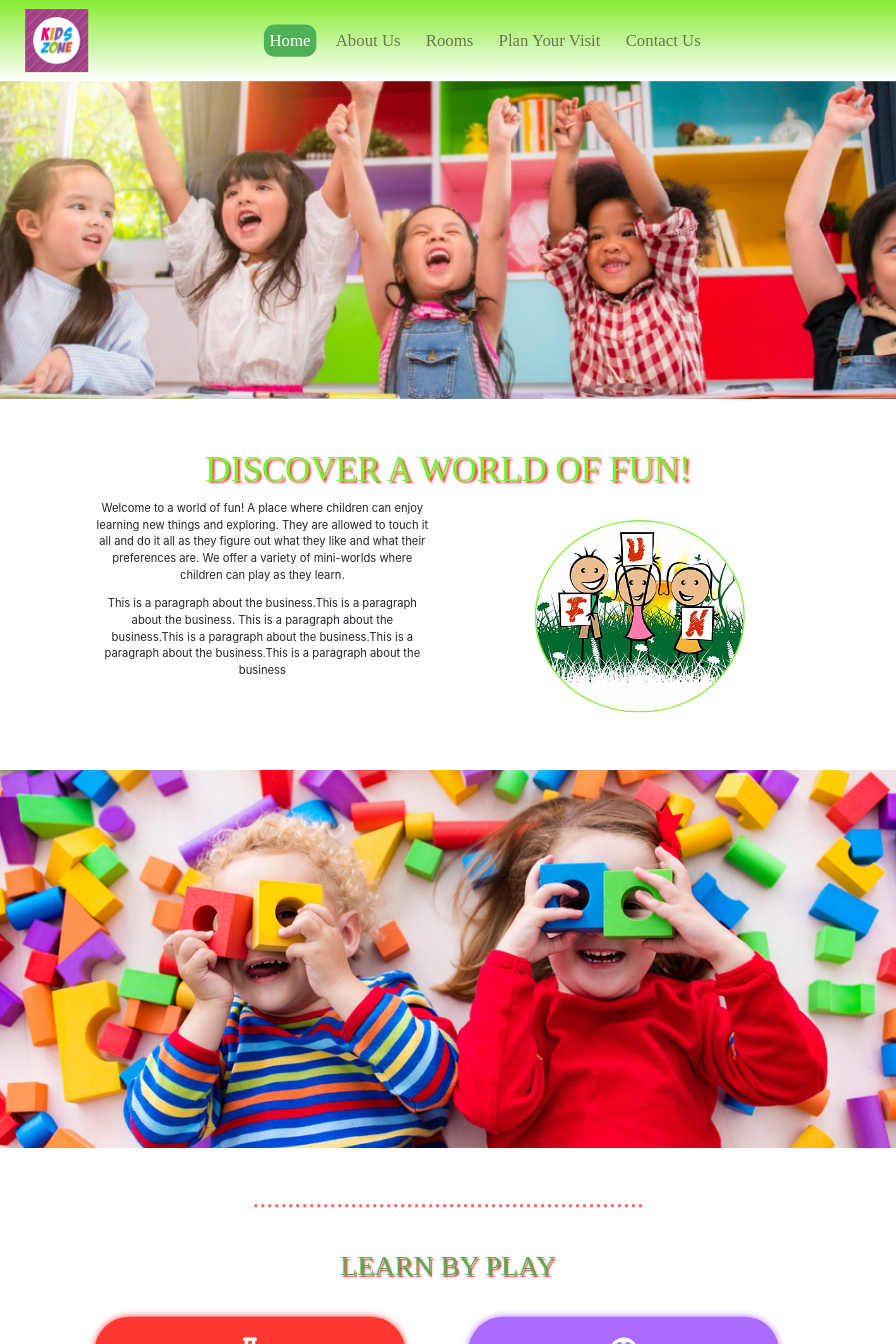
Repository: Code-Institute-Submissions/my-first-frontend-milestone-project
Page: index.html
The author's editor kept a record of every edit. The page is drawn from the files as they stood at one moment, then again after the next edit.
The browser window is 1280 px wide. The pictures show the part of the page from y = 0 to 1920 px (the page is 4106 px tall), at 70% of full size.
Some web fonts or font styles are not loaded; a fallback is used. Some web libraries are served in a nearby version.

Above is the page before.

After the next edit:
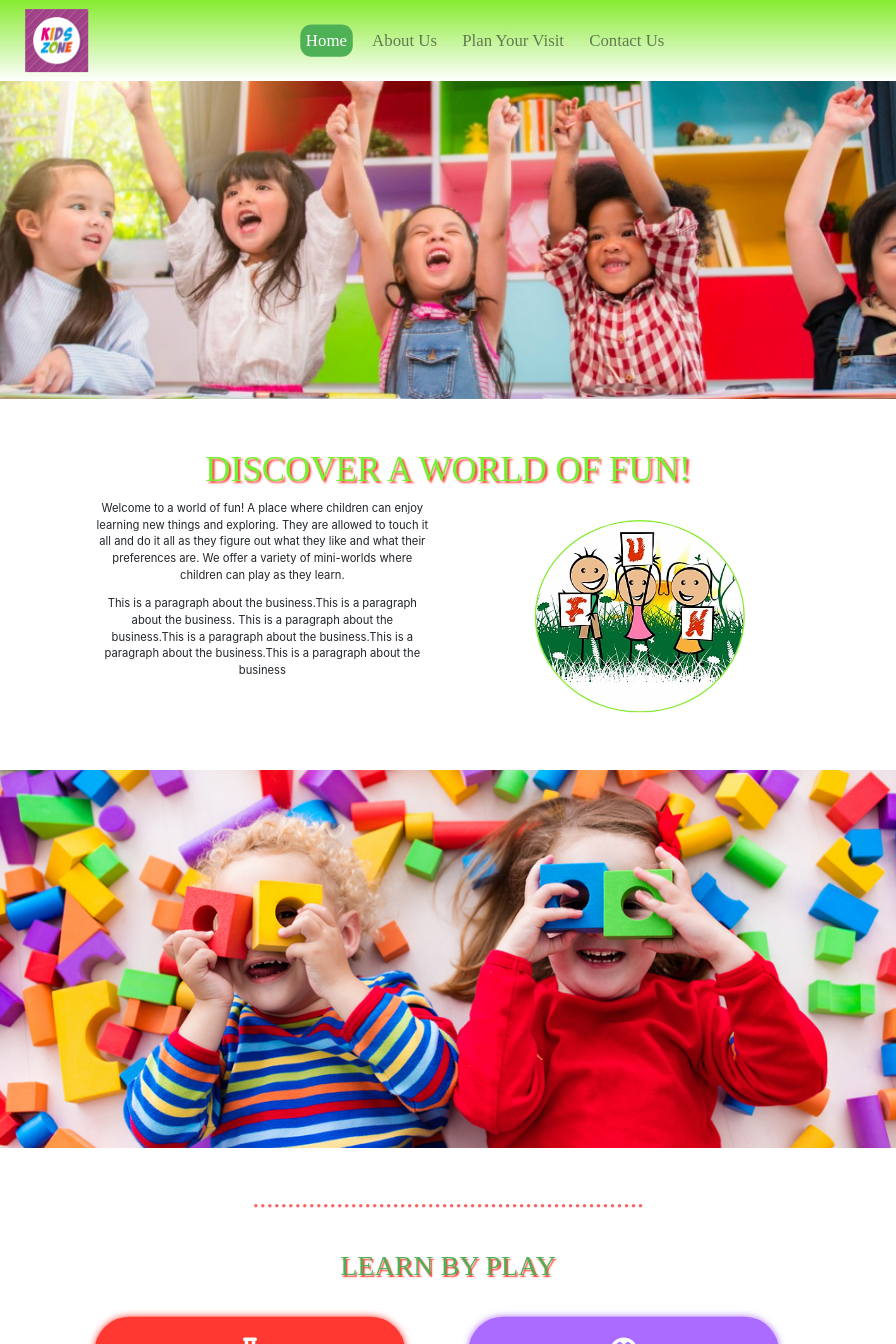
The edit:
--- a/index.html
+++ b/index.html
@@ -35,9 +35,6 @@
                         <a class="nav-link about-menu" href="about.html">About Us</a>
                     </li>
                     <li class="nav-item">
-                        <a class="nav-link" href="rooms.html">Rooms</a>
-                    </li>
-                    <li class="nav-item">
                         <a class="nav-link" href="planyourvisit.html">Plan Your Visit</a>
                     </li>
                     <li class="nav-item">
